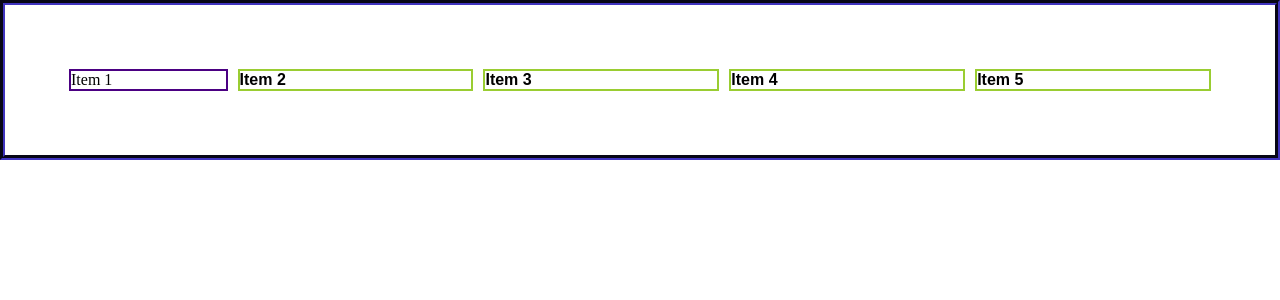
Repository: Elianmrey/TP1-Mobile-First
Page: EXERCISES/EX_5/index.html
These files come from the project's save history. The page is drawn as it stood at one moment and after a run of saves; the edit follows.
The browser window is 1280 px wide. The pictures show the whole page.

Above is the page before, as saved 2024-08-04 21:09:53.

After the next 2 saves:
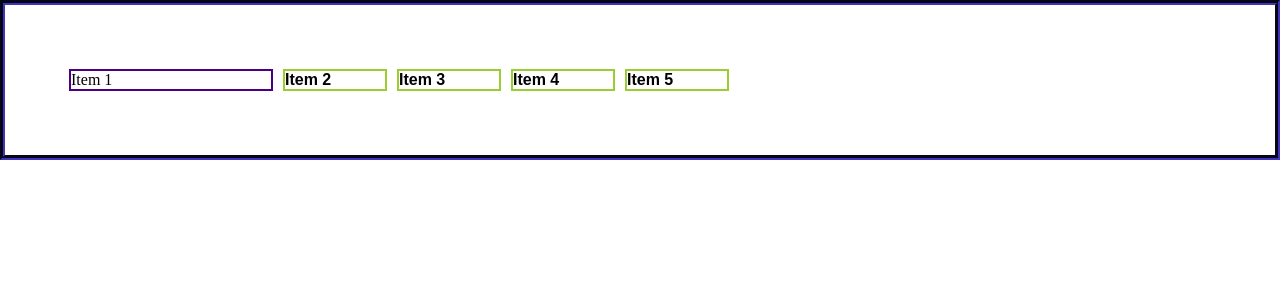
The 2 saves are shown as one change because they came seconds apart.
The last was saved 6 min 58 s later.
--- a/EXERCISES/EX_5/style.css
+++ b/EXERCISES/EX_5/style.css
@@ -15,7 +15,7 @@
 
  .itens-iguais
  {
-  flex-basis: auto;
+  flex-basis: 100px;
 display: flex;
 width: 300px;
 list-style: none;

After the save that followed:
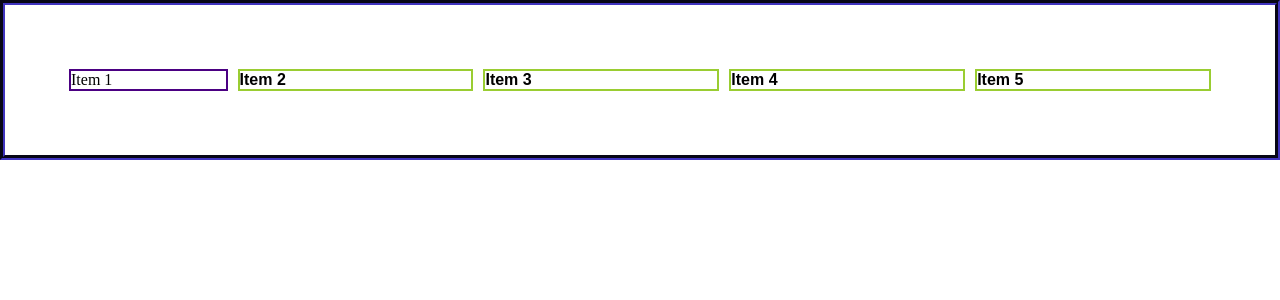
Saved 8 s later.
--- a/EXERCISES/EX_5/style.css
+++ b/EXERCISES/EX_5/style.css
@@ -15,7 +15,7 @@
 
  .itens-iguais
  {
-  flex-basis: 100px;
+  flex-basis: auto;
 display: flex;
 width: 300px;
 list-style: none;
